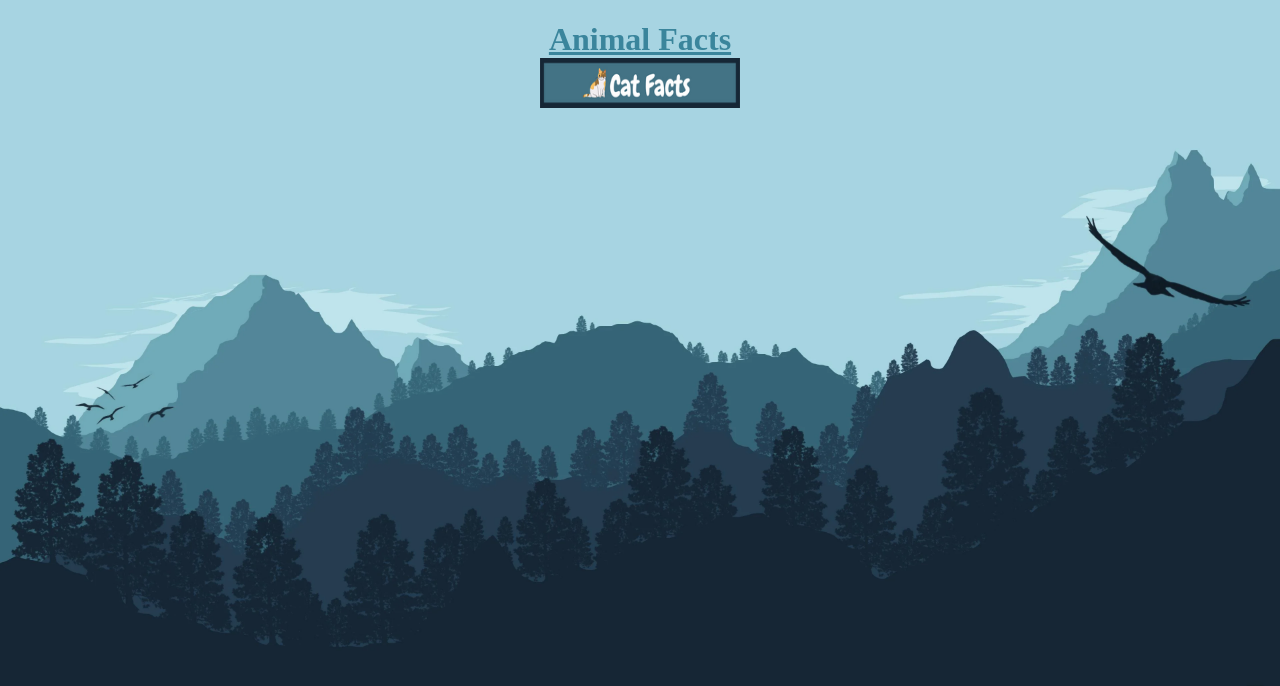
Repository: PixelPasta/Animal-Directory
Page: http://localhost/
An editor plug-in stored every save of this project. The page is shown before and after the next save, followed by the edit.
The browser window is 1280 px wide. The pictures show the whole page.
The page is served by the project's Node server (index.js).

Above is the page before, as saved 2022-04-16 22:19:48.

### views/index.ejs
<!DOCTYPE html>
<html lang="en">
<head>
    <meta charset="UTF-8">
    <meta http-equiv="X-UA-Compatible" content="IE=edge">
    <meta name="viewport" content="width=device-width, initial-scale=1.0">
    <title>Document</title>
    <style>
    body{background-image: url('./wallpaper.png');
background-size: cover;
background-repeat: no-repeat;
}
    </style>
</head>
<body>
    <h1 style="font-family: fantasy; color: rgb(58, 133, 156);text-align: center;text-decoration: underline;margin-bottom: 0px;">Animal Facts</h1>
   <center>
       <img src="Cat_Facts.png" height="50" width="200">
</body>
</html>

### index.js
const express = require('express')
const app = express()
const port = process.env.PORT || 5600

app.set('view engine', 'ejs')
app.listen(port, () => {
    console.log(`Listening to ${port}`)
})

app.get('/', async (req, res) => {
    return res.render('index')
})

app.get('/wallpaper.png', async (req, res) => {
    return res.sendFile(__dirname+'/walpaper.png')
})

app.get('/Cat_Facts.png', async (req, res) => {
    return res.sendFile(__dirname+'/assets/Cat_Facts.png')
})

After the next save:
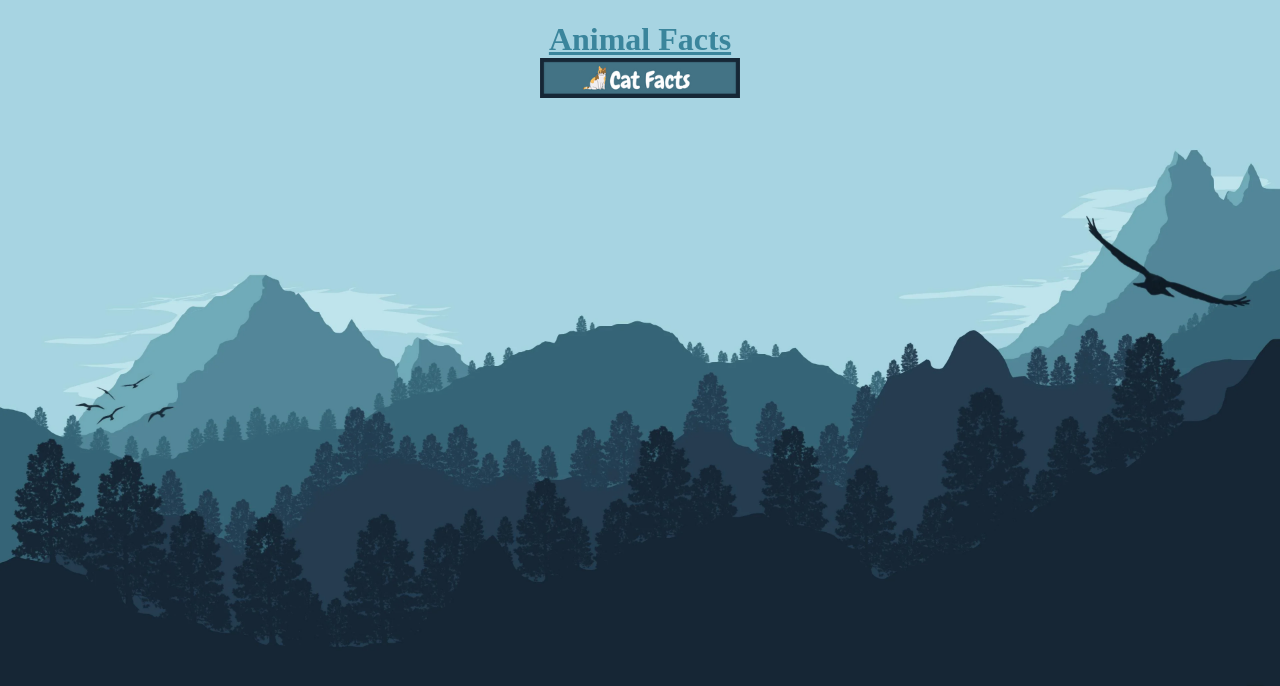
Saved 8 s later.
--- a/views/index.ejs
+++ b/views/index.ejs
@@ -15,6 +15,6 @@
 <body>
     <h1 style="font-family: fantasy; color: rgb(58, 133, 156);text-align: center;text-decoration: underline;margin-bottom: 0px;">Animal Facts</h1>
    <center>
-       <img src="Cat_Facts.png" height="50" width="200">
+       <img src="Cat_Facts.png" height="40" width="200">
 </body>
 </html>
